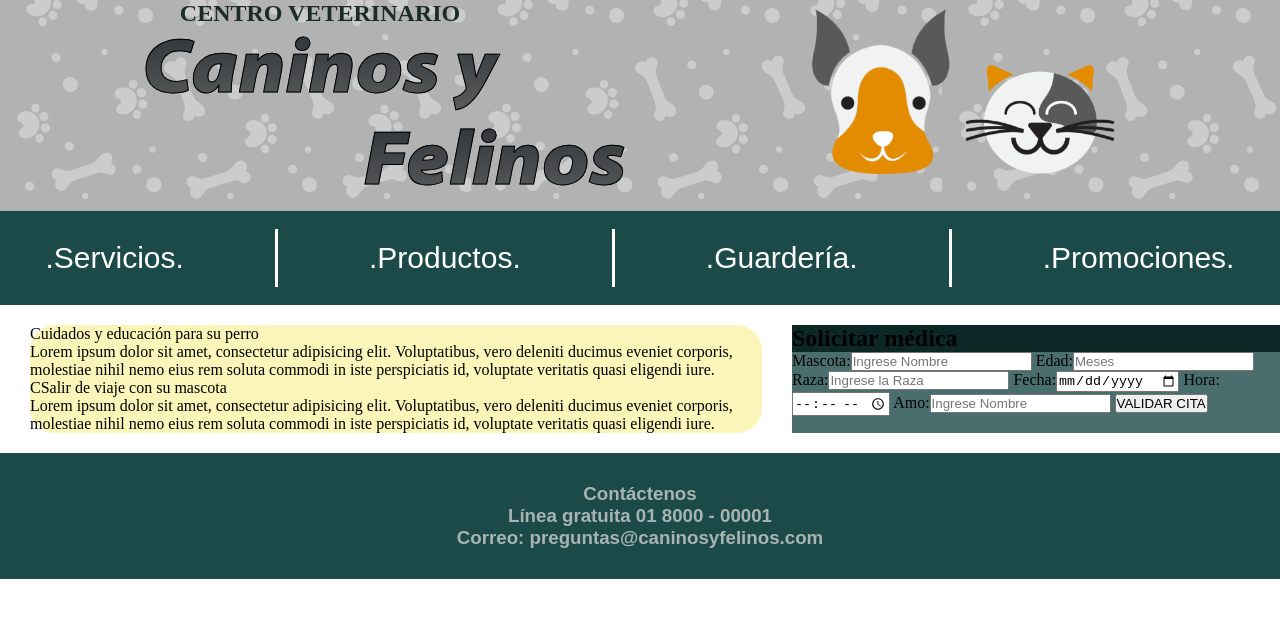
Repository: mariomr87/senaweb01
Page: principal.html
An editor plug-in stored every save of this project. The page is shown before and after the next save, followed by the edit.
The browser window is 1280 px wide. The pictures show the whole page.

Above is the page before, as saved 2021-10-23 09:36:37.

### principal.html
<!DOCTYPE html>
<html lang="en">
<head>
    <meta charset="UTF-8">
    <meta http-equiv="X-UA-Compatible" content="IE=edge">
    <meta name="viewport" content="width=device-width, initial-scale=1.0">
    <link rel="stylesheet" href="estilos.css">
    <title>Document</title>
</head>
<body>
    <div>
        <header>
            <div id="cabecera">
                <div class="header-text">
                    <h3>CENTRO VETERINARIO</h3>
                    <h1><span id="header-text-degrad">Caninos y <br><span id="text-felinos">Felinos</span></spa></h1>
                </div>
                <div class="header-img">
                    <img src="./imagenes/dog_white.png" alt="">
                    <img src="./imagenes/cat_white.png" alt="">
                </div>
            </div>
        </header>
        <nav>
            <td>
                <tr><a href="">.Servicios.</a><span class="linea"></span></tr>
                <tr><a href="">.Productos.</a><span class="linea"></span></tr>
                <tr><a href="">.Guardería.</a><span class="linea"></span></tr>
                <tr><a href="">.Promociones.</a></tr>
            </td>
        </nav>
        <div class="centro-pag">
            <section>
                <article>
                    <p>Cuidados y educación para su perro</p>
                    <p>Lorem ipsum dolor sit amet, consectetur adipisicing elit. Voluptatibus, vero deleniti ducimus eveniet corporis, molestiae nihil nemo eius rem soluta commodi in iste perspiciatis id, voluptate veritatis quasi eligendi iure.</p>
                </article>
                <article>
                    <p>CSalir de viaje con su mascota</p>
                    <p>Lorem ipsum dolor sit amet, consectetur adipisicing elit. Voluptatibus, vero deleniti ducimus eveniet corporis, molestiae nihil nemo eius rem soluta commodi in iste perspiciatis id, voluptate veritatis quasi eligendi iure.</p>
                </article>
            </section>
            <aside>
                <form action="">
                    <div><h2>Solicitar médica</h2></div>
                    <div class="cuestionario">
                        <label for="mascota_name">Mascota:</label><input type="text" placeholder="Ingrese Nombre" id="">
                        <label for="age_pet">Edad:</label><input type="number" name="" id="" placeholder="Meses">
                        <label for="raza_pet">Raza:</label><input type="text" name="" id="" placeholder="Ingrese la Raza">
                        <label for="fecha_ingreso_pet">Fecha:</label><input type="date" name="" id="">
                        <label for="hora_ingreso_pet">Hora:</label><input type="time" name="" id="">
                        <label for="amo_pet">Amo:</label><input type="text" name="" id="" placeholder="Ingrese Nombre">
                        <button type="submit">VALIDAR CITA</button>
                    </div>
                </form>
            </aside>
        </div>
        <footer>
            <h3>Contáctenos</h3>
            <h3>Línea gratuita 01 8000 - 00001</h3>
            <h3>Correo: preguntas@caninosyfelinos.com</h3>
        </footer>
    </div>
</body>
</html>

### estilos.css
*{
    margin: 0px;
    padding: 0px;
}

@font-face {
    font-family: Myriad_Pro ;
    src: url(./extra/MyriadProBlackSemiExtendedItalic.otf);
}

h1{
    font-family: Myriad_pro;
}

header div img{
    width: 10em;
}

#cabecera{
    background-image: url("./imagenes/fondo.png");
    background-repeat: initial;
    width: 100%;
    display: flex;
    text-align: center;
}

.header-text,.header-img{
    width:50%;
}

.header-text h3{
    font-size: 1.5em;
    color:#1c2c24;
}

.header-text h1{
    font-size: 4.8em;
}

#header-text-degrad{
    background: linear-gradient(#30373b,#5c5c5c);
    -webkit-background-clip: text;
    -webkit-text-fill-color: transparent;
    -webkit-text-stroke: 1px black;
}

#text-felinos{
    margin-left: 350px;
}

nav{
    display: flex;
    flex-direction: row;
    justify-content: space-around;
    background: #1c4a48;
    margin-bottom: 20px;
}

nav a{
    color: #fff;
    text-decoration: none;
    font-size: 30px;
    font-family: Arial, Helvetica, sans-serif;
    padding: 30px 0;

}

.linea{
    border-right: 3px solid #fff;
    margin: 18px 0;
}

.centro-pag{
    display: flex;
}

.centro-pag section{
    border-radius: 25px;
}

section{
    flex-direction: column;
    background: #fbf5ba;
    width: 60%;
    margin: 0 30px;
}

section article{
}

.cuestionario{
  display: block;
}

form  div h2{
    background:#0b2826 ;
}

aside{
    background: #496e6d;
    width: 40%;
}

footer{
    text-align: center;
    background: #1c4a48;
    color: #a8b4b3;
    padding: 30px 0;
    font-family: Arial, Helvetica, sans-serif;
    margin-top: 20px;
}

After the next save:
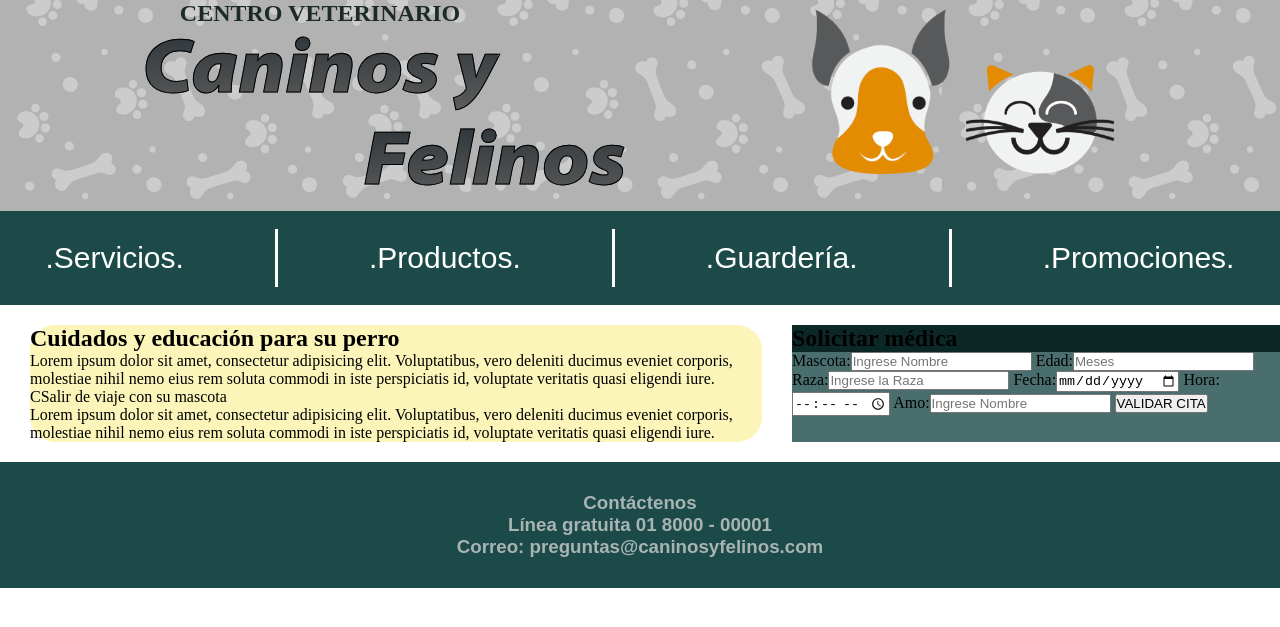
Saved 30 s later.
--- a/principal.html
+++ b/principal.html
@@ -32,7 +32,7 @@
         <div class="centro-pag">
             <section>
                 <article>
-                    <p>Cuidados y educación para su perro</p>
+                    <h2>Cuidados y educación para su perro</h2>
                     <p>Lorem ipsum dolor sit amet, consectetur adipisicing elit. Voluptatibus, vero deleniti ducimus eveniet corporis, molestiae nihil nemo eius rem soluta commodi in iste perspiciatis id, voluptate veritatis quasi eligendi iure.</p>
                 </article>
                 <article>
